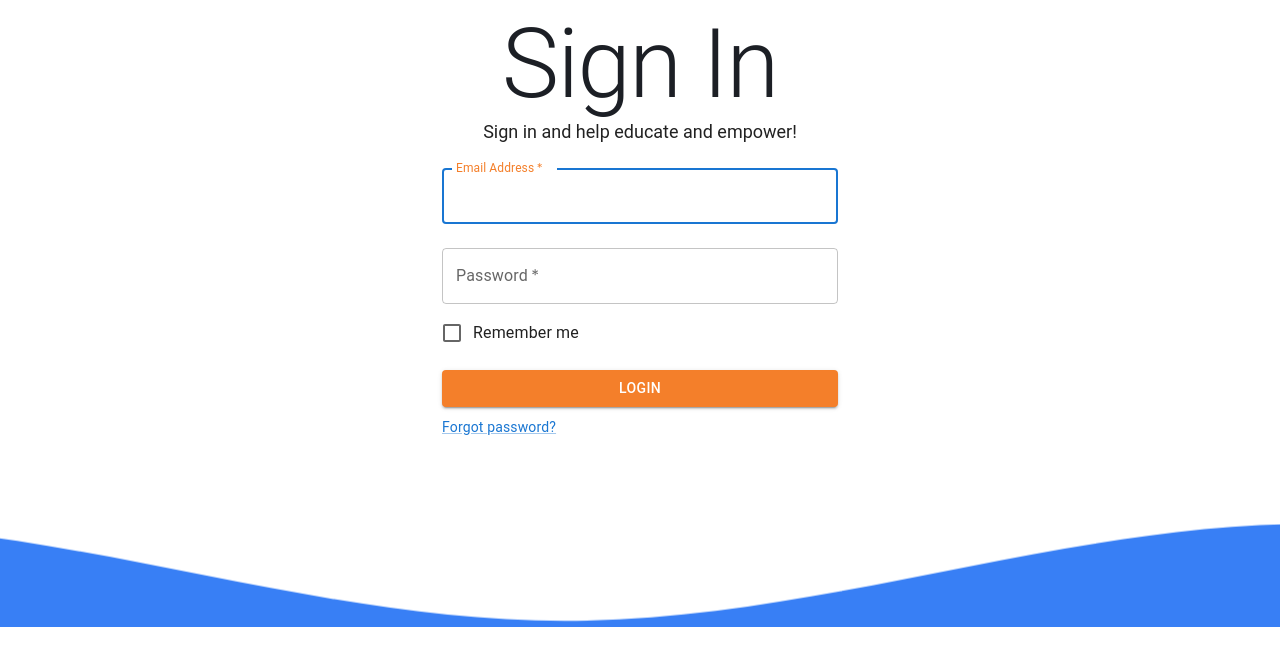
Repository: shubhampirate/Google_Solutions_Edural
Page: /
An editor plug-in stored every save of this project. The page is shown before and after the next save, followed by the edit.
The browser window is 1280 px wide. The pictures show the whole page.
The project was rebuilt for these pictures with package versions that can differ from the ones it lists, and the page was loaded fresh each time. Some packages were replaced by stand-ins written for this rebuild. Also part of the build but not shown: src/Components/CustomButton.jsx, src/Components/Navbar.jsx, src/Components/Footer.jsx, src/Components/CongratsCard.jsx, src/pages/Hero/Hero.jsx.

Above is the page before, as saved 2024-02-02 20:53:03.

After the next save:
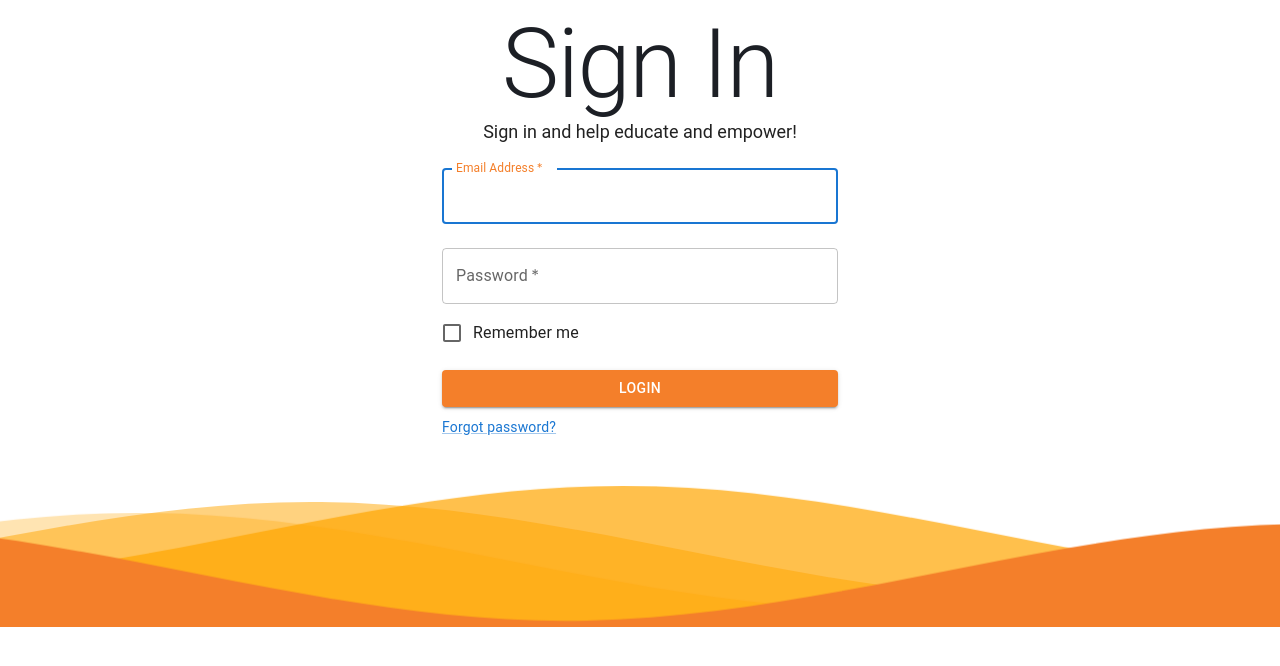
Saved 108 s later.
--- a/src/pages/Sign_in.jsx
+++ b/src/pages/Sign_in.jsx
@@ -257,73 +257,71 @@ export default function SignIn() {
         </Box>
       </Box>
     </Container>
-      <div style={{ marginTop: "2.3rem", marginBottom: "-2rem" }}>
-        <svg
-          style={{
-            position: 'relative',
-            width: '100%',
-            height: '21vh',
-            //   marginBottom: '-7px',
-            //   minHeight: '100px',
-            //   maxHeight: '150px',
-          }}
-          xmlns="http://www.w3.org/2000/svg"
-          xmlnsXlink="http://www.w3.org/1999/xlink"
-          viewBox="0 24 150 28"
-          preserveAspectRatio="none"
-          shapeRendering="auto"
-        >
-          <defs>
-            <path
-              id="gentle-wave"
-              d="M-160 44c30 0 58-18 88-18s 58 18 88 18 58-18 88-18 58 18 88 18 v44h-352z"
-            />
-          </defs>
-          <g className="parallax">
-            <use xlinkHref="#gentle-wave" x="48" y="0" fill="rgba(255,255,255,0.7)" />
-            <use xlinkHref="#gentle-wave" x="48" y="3" fill="rgba(255,255,255,0.5)" />
-            <use xlinkHref="#gentle-wave" x="48" y="5" fill="rgba(255,255,255,0.3)" />
-            <use xlinkHref="#gentle-wave" x="48" y="7" fill="#387FF5" />
-          </g>
-        </svg>
-        <style>
-          {`
-          .parallax > use {
-            animation: move-forever 25s cubic-bezier(.55,.5,.45,.5) infinite;
-          }
-          .parallax > use:nth-child(1) {
-            animation-delay: -2s;
-            animation-duration: 7s;
-          }
-          .parallax > use:nth-child(2) {
-            animation-delay: -3s;
-            animation-duration: 10s;
-          }
-          .parallax > use:nth-child(3) {
-            animation-delay: -4s;
-            animation-duration: 13s;
-          }
-          .parallax > use:nth-child(4) {
-            animation-delay: -5s;
-            animation-duration: 20s;
-          }
-          @keyframes move-forever {
-            0% {
-              transform: translate3d(-90px,0,0);
-            }
-            100% {
-              transform: translate3d(85px,0,0);
-            }
-          }
-          @media (max-width: 768px) {
-            .waves {
-              height: 40px;
-              min-height: 40px;
-            }
-          }
-        `}
-        </style>
-      </div>
+    <div style={{ marginTop: "2.3rem", marginBottom: "-2rem" }}>
+  <svg
+    style={{
+      position: 'relative',
+      width: '100%',
+      height: '21vh',
+    }}
+    xmlns="http://www.w3.org/2000/svg"
+    xmlnsXlink="http://www.w3.org/1999/xlink"
+    viewBox="0 24 150 28"
+    preserveAspectRatio="none"
+    shapeRendering="auto"
+  >
+    <defs>
+      <path
+        id="gentle-wave"
+        d="M-160 44c30 0 58-18 88-18s 58 18 88 18 58-18 88-18 58 18 88 18 v44h-352z"
+      />
+    </defs>
+    <g className="parallax">
+      <use xlinkHref="#gentle-wave" x="48" y="0" fill="rgba(255,165,0,0.7)" />
+      <use xlinkHref="#gentle-wave" x="48" y="3" fill="rgba(255,165,0,0.5)" />
+      <use xlinkHref="#gentle-wave" x="48" y="5" fill="rgba(255,165,0,0.3)" />
+      <use xlinkHref="#gentle-wave" x="48" y="7" fill="#F47F2A" />
+    </g>
+  </svg>
+  <style>
+    {`
+      .parallax > use {
+        animation: move-forever 25s cubic-bezier(.55,.5,.45,.5) infinite;
+      }
+      .parallax > use:nth-child(1) {
+        animation-delay: -2s;
+        animation-duration: 7s;
+      }
+      .parallax > use:nth-child(2) {
+        animation-delay: -3s;
+        animation-duration: 10s;
+      }
+      .parallax > use:nth-child(3) {
+        animation-delay: -4s;
+        animation-duration: 13s;
+      }
+      .parallax > use:nth-child(4) {
+        animation-delay: -5s;
+        animation-duration: 20s;
+      }
+      @keyframes move-forever {
+        0% {
+          transform: translate3d(-90px,0,0);
+        }
+        100% {
+          transform: translate3d(85px,0,0);
+        }
+      }
+      @media (max-width: 768px) {
+        .waves {
+          height: 40px;
+          min-height: 40px;
+        }
+      }
+    `}
+  </style>
+</div>
+
 
     </ThemeProvider>
   );
